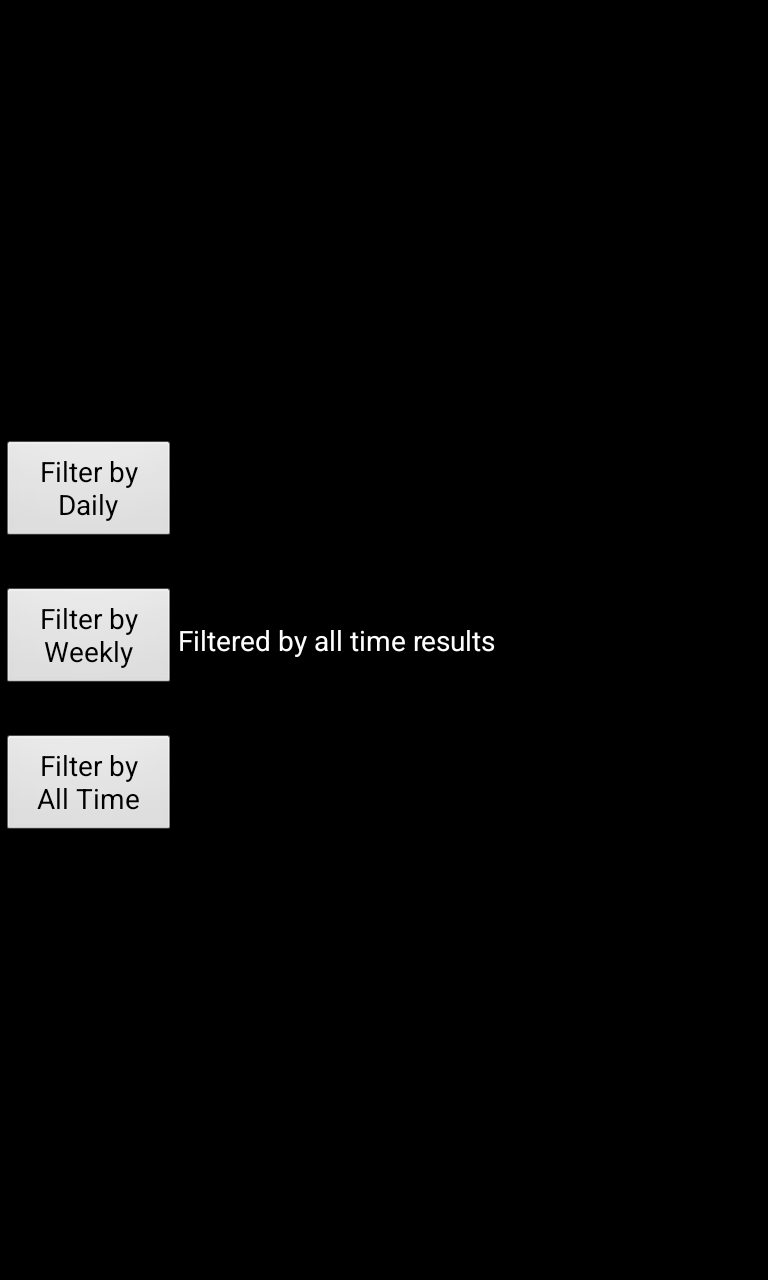
Repository: valleskeyp/IADHub
Layout: MGDGame-android/res/layout/main.xml
These files come from the project's save history. The layout is drawn as it stood at one moment and after the next save; the edit follows.
It is drawn on a 768 x 1280 px phone screen (xhdpi) without system bars, with theme android:Theme.NoTitleBar.Fullscreen; the app's code is not run. Lists and similar views that code fills are empty.

Above is the layout before, as saved 2013-07-31 22:36:09.

### MGDGame-android/res/layout/main.xml
<?xml version="1.0" encoding="utf-8"?>
<LinearLayout xmlns:android="http://schemas.android.com/apk/res/android"
    android:layout_width="fill_parent"
    android:layout_height="fill_parent"
    android:orientation="horizontal"
    android:background="@android:color/black" >

	<LinearLayout
	    android:layout_width="wrap_content"
	    android:layout_height="wrap_content"
	    android:orientation="vertical"
	    android:layout_gravity="center_vertical" >

	    <Button
	        android:id="@+id/filterDay"
	        android:layout_marginBottom="20dp"
	        android:layout_width="89dp"
	        android:layout_height="wrap_content"
	        android:text="Filter by Daily" />

	    <Button
	        android:id="@+id/filterWeek"
	        android:layout_width="89dp"
	        android:layout_marginBottom="20dp"
	        android:layout_height="wrap_content"
	        android:text="Filter by Weekly" />

	    <Button
	        android:id="@+id/filterAll"
	        android:layout_width="89dp"
	        android:layout_height="wrap_content"
	        android:text="Filter by All Time" />
	</LinearLayout>

	<LinearLayout
	    android:layout_width="wrap_content"
	    android:layout_height="wrap_content"
	    android:orientation="vertical"
	    android:layout_gravity="center_vertical" >
	    <TextView
            android:id="@+id/filterModeText"
            android:layout_width="match_parent"
            android:layout_height="wrap_content"
            android:text="Filtered by all time results"
            android:textColor="@android:color/white" />

        <LinearLayout
            android:layout_width="wrap_content"
            android:layout_height="wrap_content"
            android:background="@android:color/holo_blue_dark" >

            <ListView
                android:id="@+id/list_scores"
                android:layout_width="match_parent"
                android:layout_height="wrap_content"
                android:listSelector="@android:color/transparent"
				android:cacheColorHint="@android:color/transparent" >
            </ListView>
        </LinearLayout>

	</LinearLayout>

</LinearLayout>

After the next save:
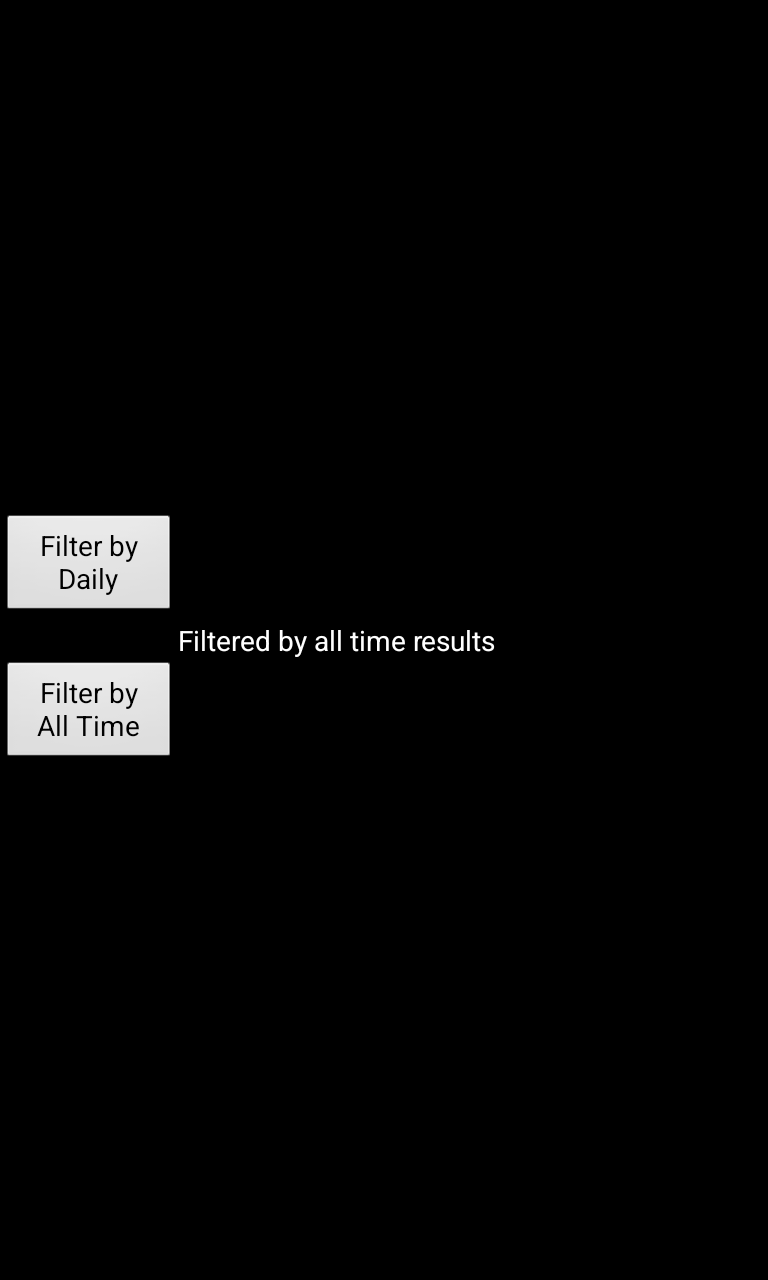
Saved 93 s later.
--- a/MGDGame-android/res/layout/main.xml
+++ b/MGDGame-android/res/layout/main.xml
@@ -17,13 +17,6 @@
 	        android:layout_width="89dp"
 	        android:layout_height="wrap_content"
 	        android:text="Filter by Daily" />
-
-	    <Button
-	        android:id="@+id/filterWeek"
-	        android:layout_width="89dp"
-	        android:layout_marginBottom="20dp"
-	        android:layout_height="wrap_content"
-	        android:text="Filter by Weekly" />
 
 	    <Button
 	        android:id="@+id/filterAll"
